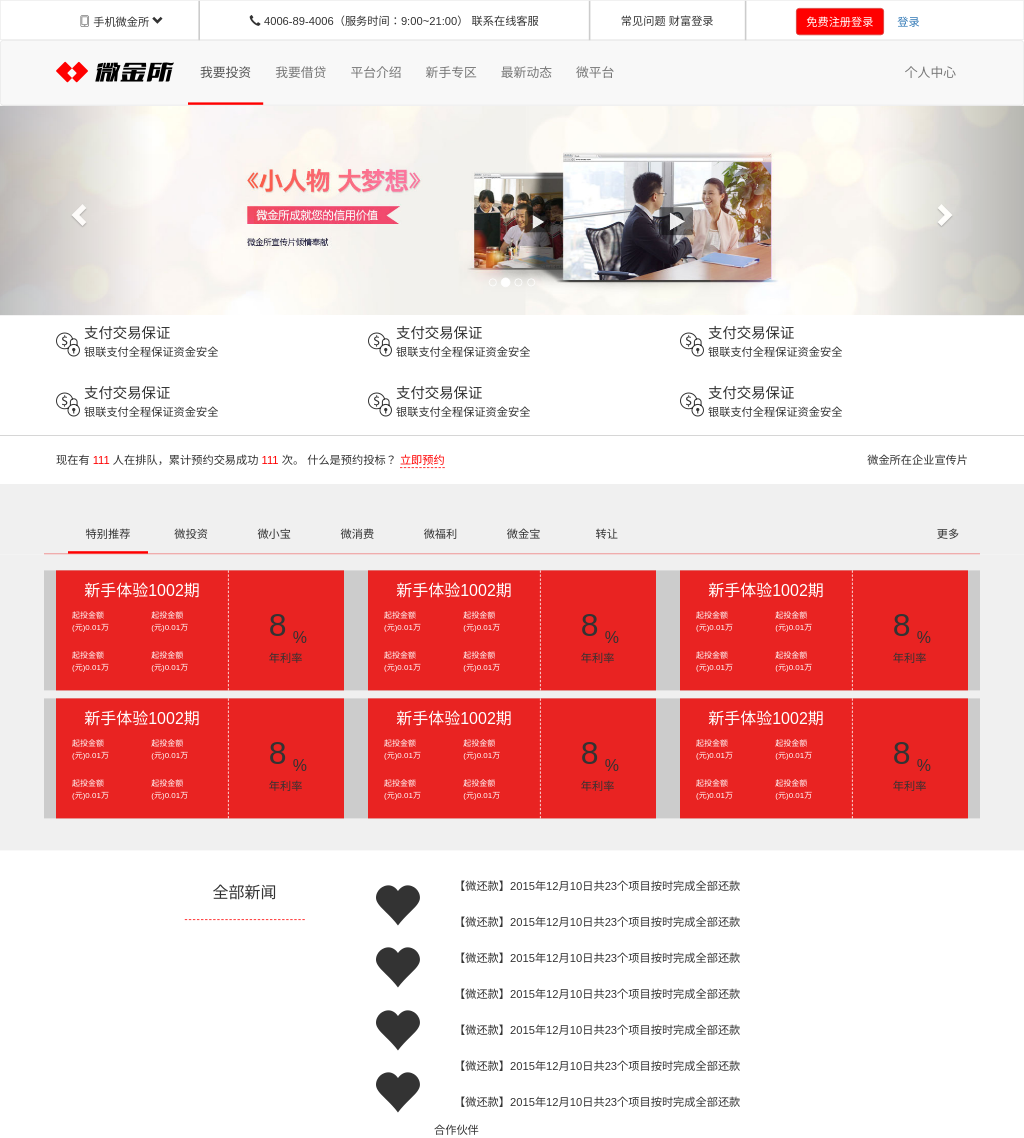
Repository: pwy114pwy/project_02
Page: 菜单.html
An editor plug-in stored every save of this project. The page is shown before and after a run of saves, followed by the edit.
The browser window is 1280 px wide. The pictures show the whole page, at 80% of full size.
The style sheet was rebuilt from its Sass, Less or Tailwind sources for each picture, by a compiler version that may differ from the author's.

Above is the page before, as saved 2022-11-23 18:20:49.

After the next 10 saves:
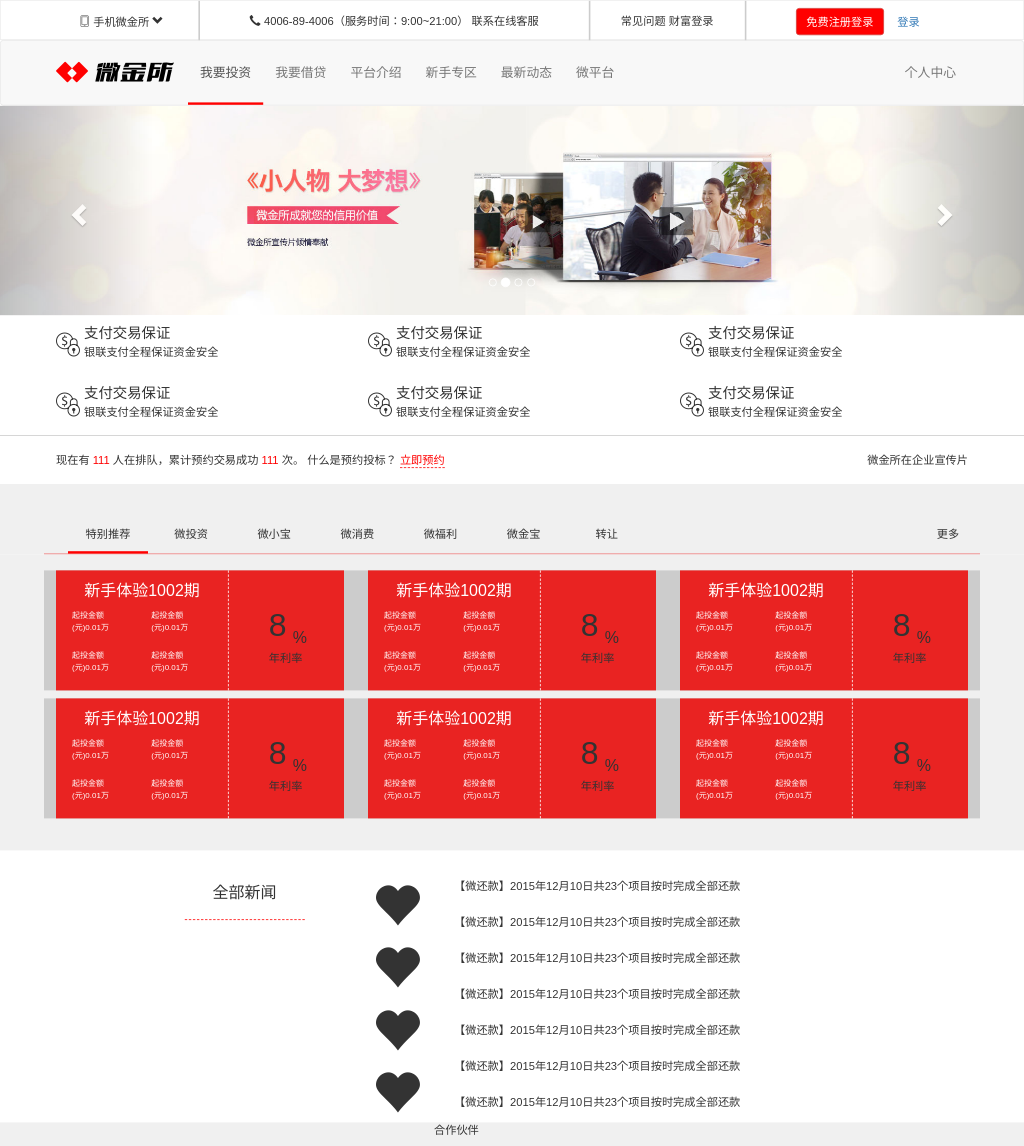
The 10 saves are shown as one change because they came seconds apart.
The last was saved 24 s later.
--- a/css/01.less
+++ b/css/01.less
@@ -356,3 +356,7 @@
         }
     }
 }
+.hezuo{
+    background-color: #f0f0f0;
+    height: 30px;
+}
